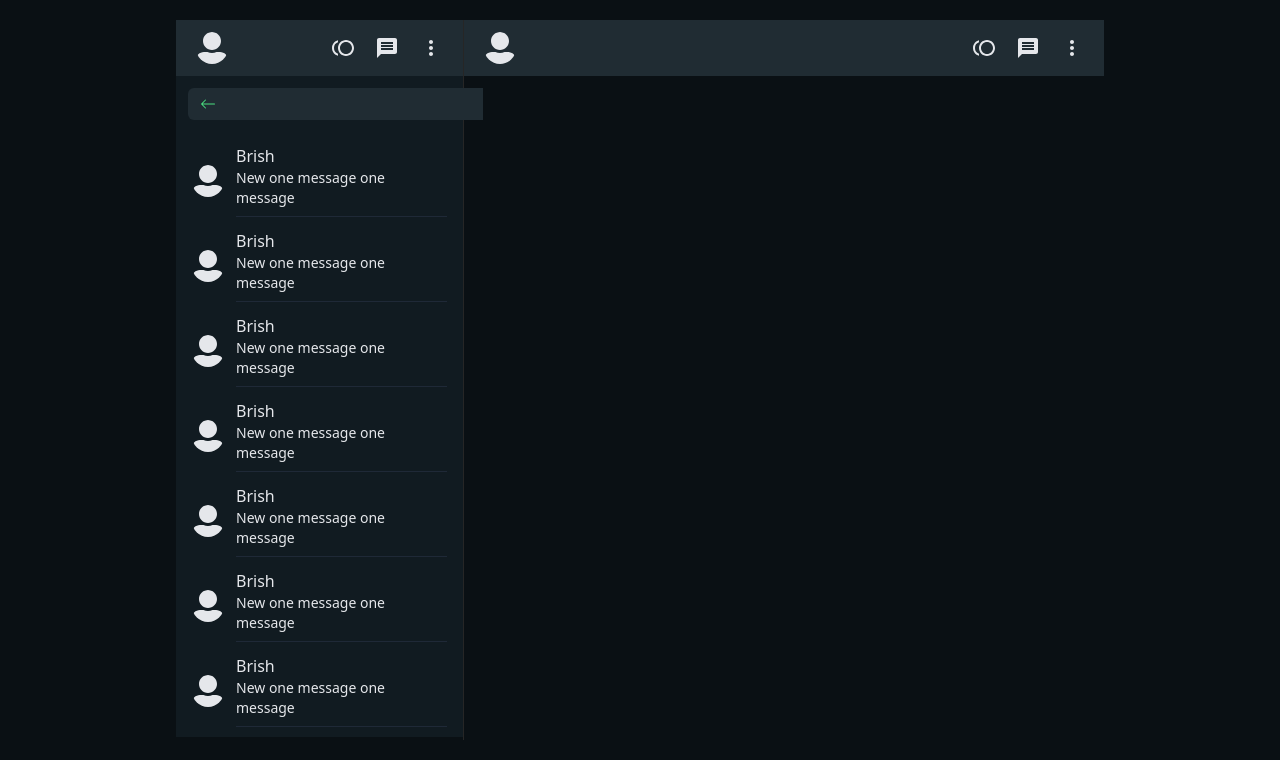
Repository: satya-ranjon/whatsapp-clone-dev
Page: /
These files come from the project's save history. The page is drawn as it stood at one moment and after the next save; the edit follows.
The browser window is 1280 px wide. The pictures show the whole page.
The project was rebuilt for these pictures with package versions that can differ from the ones it lists, and the page was loaded fresh each time.

Above is the page before, as saved 2022-04-09 07:37:28.

After the next save:
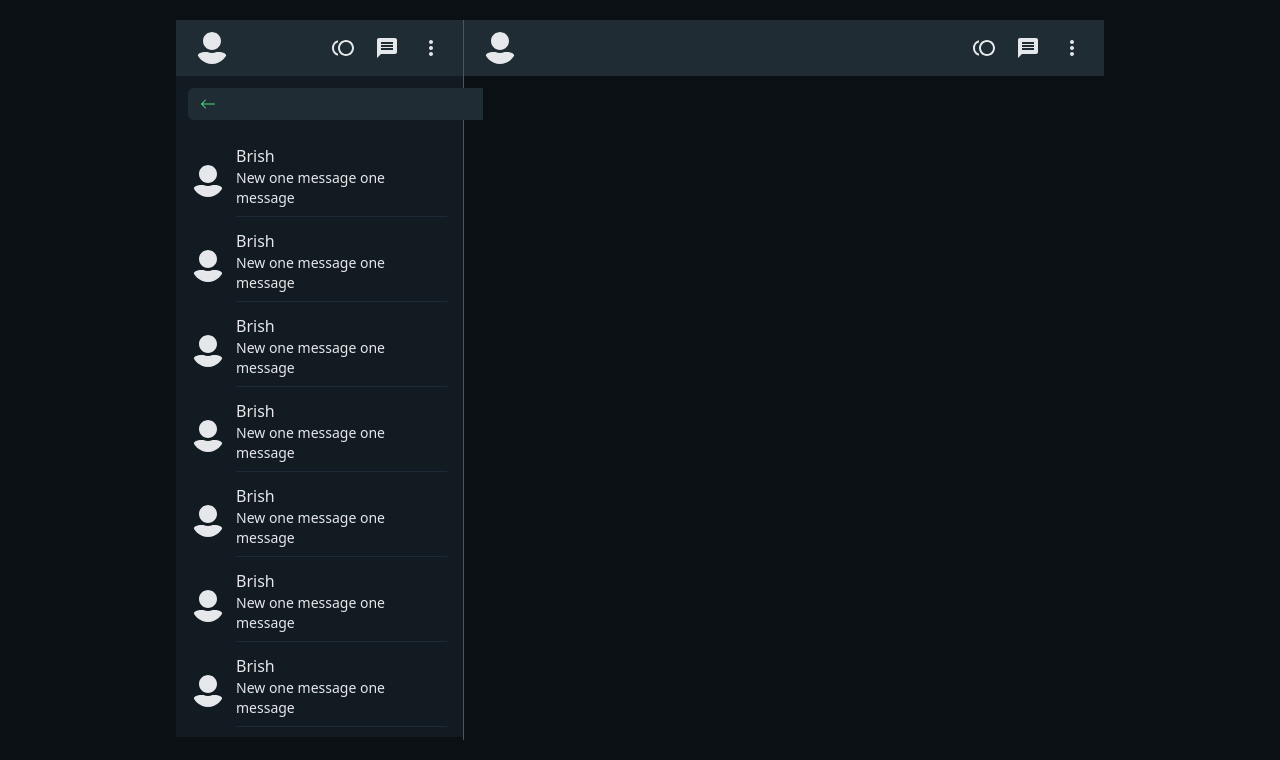
Saved 11 s later.
--- a/src/Components/SideBar.jsx
+++ b/src/Components/SideBar.jsx
@@ -5,7 +5,7 @@ import SideBarUseList from "./SideBarUseList";
 
 export default function SideBar() {
   return (
-    <div className="w-72 border-r-[.1px] border-r-neutral-800">
+    <div className="w-72 border-r-[.1px] border-r-gray-600">
       <div className="flex justify-between font-semibold text-2xl px-5 py-3 bg-[#202c33] text-gray-200">
         <div>
           <FaUserAlt className="rounded-full w-8 h-8" />
